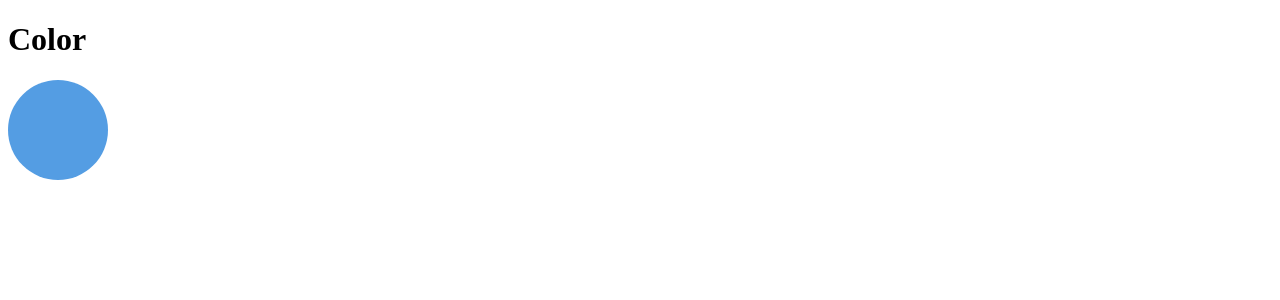
Repository: Pureum309/style_guide
Page: colorpaletteTypo.html
These files come from the project's save history. The page is drawn as it stood at one moment and after the next save; the edit follows.
The browser window is 1280 px wide. The pictures show the whole page.

Above is the page before, as saved 2022-03-03 20:18:00.

After the next save:
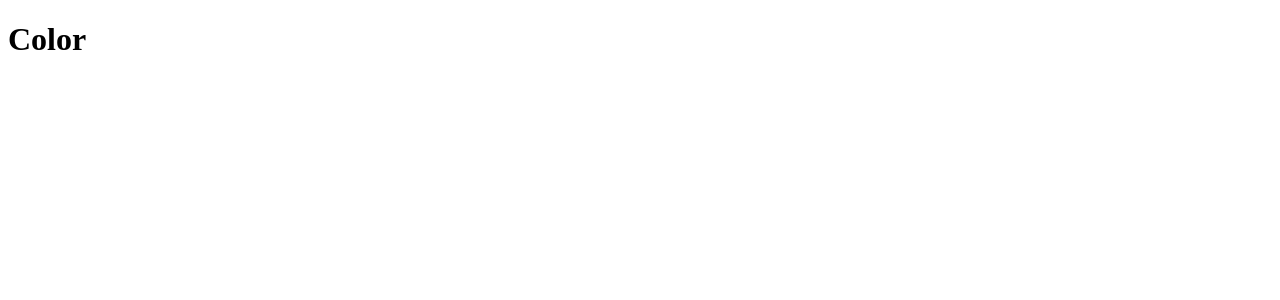
Saved 51 s later.
--- a/main.css
+++ b/main.css
@@ -1,4 +1,4 @@
-#circle {
+#circle1 {
     width: 100px;
     height: 100px;
     background: #549DE3;

After the save that followed:
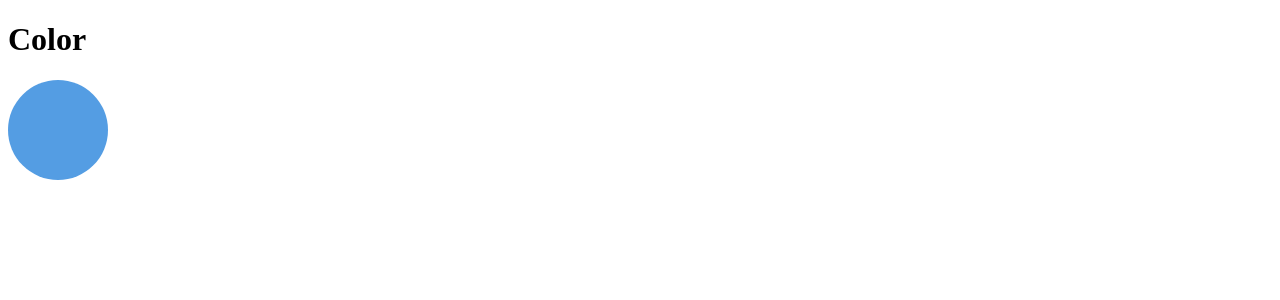
Saved 2 s later.
--- a/colorpaletteTypo.html
+++ b/colorpaletteTypo.html
@@ -9,6 +9,6 @@
 </head>
 <body>
     <h1>Color</h1>
-    <div id ="circle"></div>
+    <div id ="circle1"></div>
 </body>
 </html>
